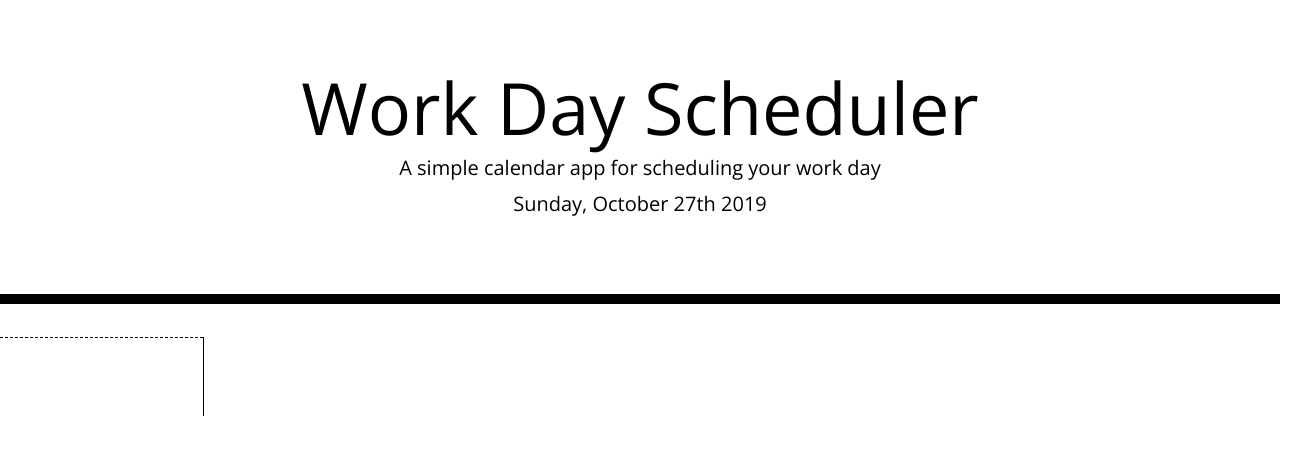
Repository: s88leigh/Day-Planner
Page: Develop/index.html
The author's editor kept a copy of each file at every save. The page is drawn from the files as they stood at one save, then again after a run of saves.
The browser window is 1280 px wide. The page is 1295 px wide, so the pictures cover 1295 px, including what lies to the right of the window. The pictures show the whole page.
Some web libraries are served in a nearby version.

Above is the page before, as saved 2019-10-27 16:56:11.
Console error: SyntaxError: Identifier 'curDay' has already been declared

After the next 2 saves:
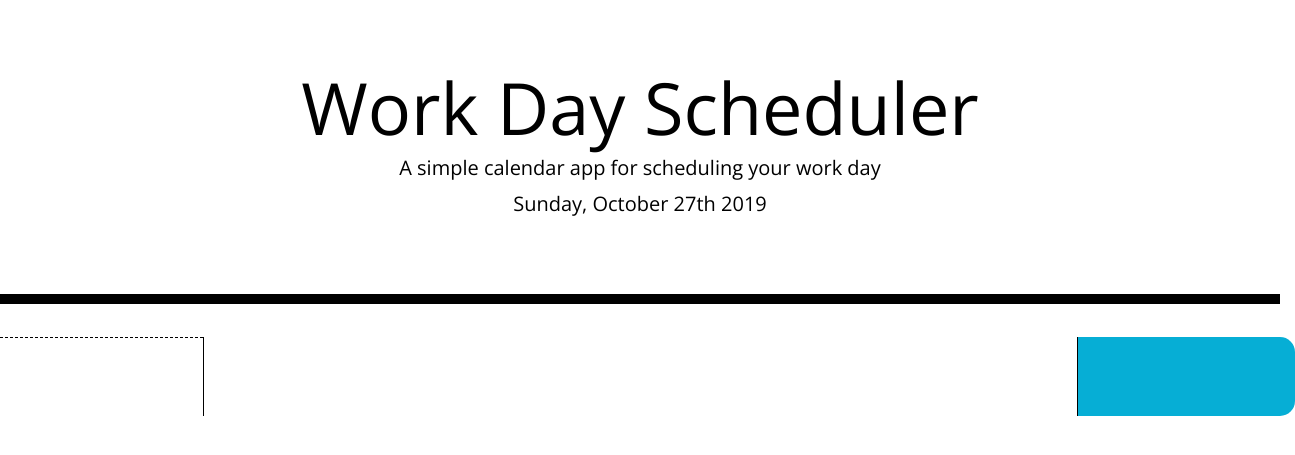
The 2 saves are shown as one change because they came seconds apart.
The last was saved 39 s later.
--- a/Develop/index.html
+++ b/Develop/index.html
@@ -41,7 +41,7 @@
       <textarea class="col-8 description">
 
       </textarea>
-      <div class="col-2 save">
+      <div class="col-2 saveBtn">
 
       </div>
     </div>
